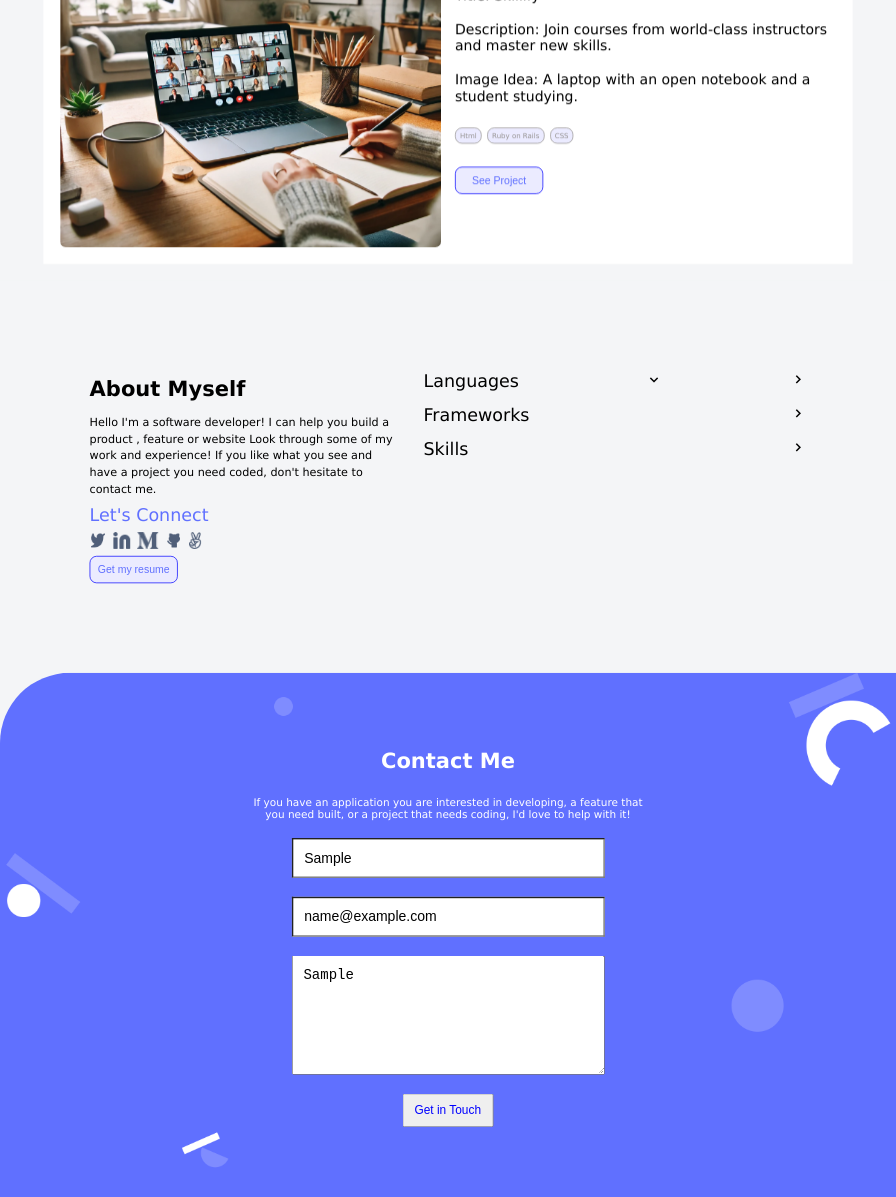
Repository: usman3123/portfolio-template-3
Page: index.html
An editor plug-in stored every save of this project. The page is shown before and after the next save, followed by the edit.
The browser window is 1280 px wide. The pictures show the part of the page from y = 2903 to 4823 px (the page is 4613 px tall before and 4823 px after), at 70% of full size.
Empty fields were first filled with sample values (such as "Sample", 5 or name@example.com).
After loading, the first visible `i.bx` was clicked once.
Some web libraries are served in a nearby version.

Above is the page before, as saved 2025-02-20 12:28:56.

After the next save:
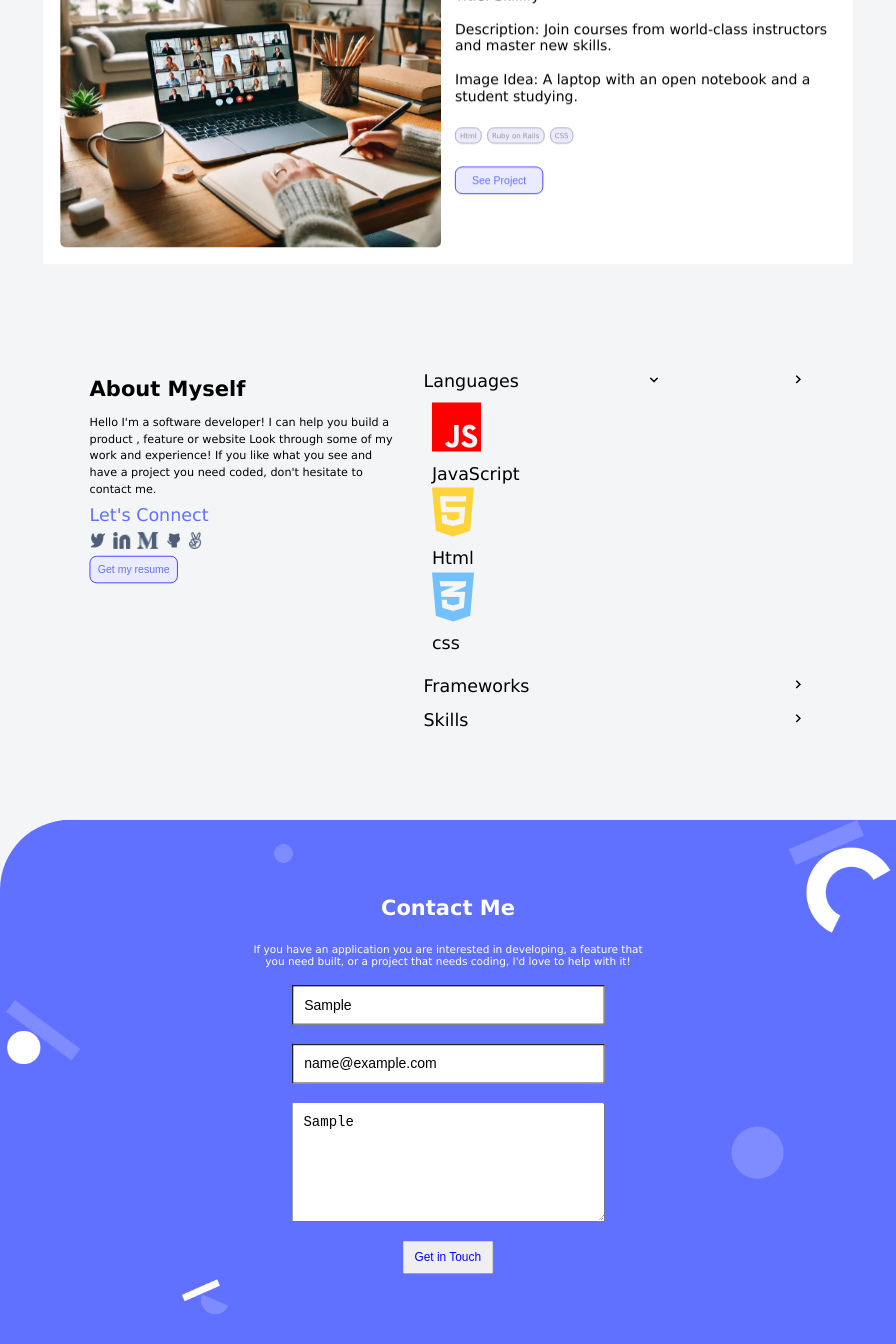
Saved 2 min 3 s later.
--- a/index.js
+++ b/index.js
@@ -162,7 +162,8 @@ document.addEventListener("DOMContentLoaded",()=> {
       langicon.addEventListener("click", () => {
         const langdisplay = document.querySelector(".about-lang")
         const downicon = document.querySelector(".downicon")
-        langdisplay.classList.toggle("remove")
+        langdisplay.classList.toggle("block");
+        // langdisplay.classList.toggle("remove")
         downicon.classList.toggle("remove");
         downicon.classList.toggle("block");
     });
